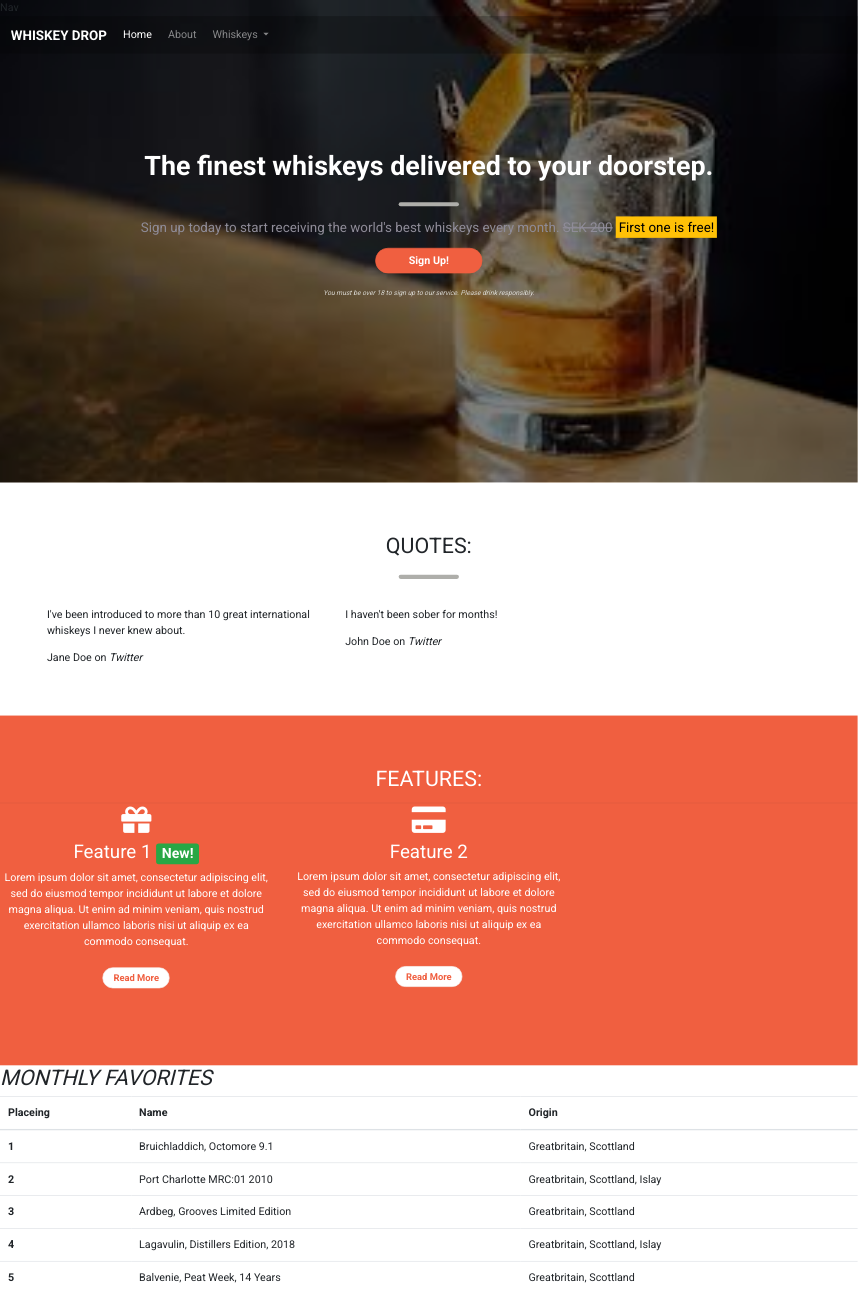
Repository: Jadehammar/Whiskey-drop
Page: index.html
The author's editor kept a record of every edit. The page is drawn from the files as they stood at one moment, then again after the next edit.
The browser window is 1280 px wide. The page is 1295 px wide, then 1280 px, so the pictures cover 1295 px, including what lies to the right of the window. The pictures show the whole page, at 67% of full size.
Backgrounds fixed to the window are drawn as part of the page. Some web libraries are served in a nearby version.

Above is the page before.

### index.html
<!DOCTYPE html>
<html lang="en-us">

<head>
    <meta charset="utf-8">
    <meta name="viewport" content="width=device-width, initial-scale=1.0">
    <title>Whiskey Drop | Taste a new whiskey every month</title>
    <link rel="stylesheet" href="https://maxcdn.bootstrapcdn.com/bootstrap/4.1.3/css/bootstrap.min.css">
    <link rel="stylesheet" href="https://use.fontawesome.com/releases/v5.6.1/css/all.css" integrity="sha384-gfdkjb5BdAXd+lj+gudLWI+BXq4IuLW5IT+brZEZsLFm++aCMlF1V92rMkPaX4PP" crossorigin="anonymous">
    <link href="https://fonts.googleapis.com/css?family=Roboto:400,700" rel="stylesheet">
    <link rel="stylesheet" href="css/style.css" type="text/css" />
</head>

<body>
    <div class="container-fluid navalert-container">
        <div class="container-fluid alert-container">
            <div class="row d-none d-sm-">
                <div class="col-12">
                    <div class="site-wide-alert alert-warning">
                        <strong>Sale Now On!</strong> We've got a sale on. Get a 12 month subscription for the price of 6! <a href="">See here for more details</a>
                    </div>
                </div>
            </div>
        </div>
        Nav
        <nav class="navbar navbar-dark navbar-expand-sm">
            <a href="/" class="navbar-brand">
                    Whiskey Drop</a>

            <button class="navbar-toggler ml-auto" type="button" data-toggle="collapse" data-target="#navbarNavDropdown" aria-controls="navbarNavDropdown" aria-expanded="false" aria-label="Toggle navigation">
        <span class="navbar-toggler-icon"></span></button>

            <div class="collapse navbar-collapse" id="navbarNavDropdown">
                <ul class="navbar-nav mr-auto">
                    <li class="active nav-item mr-2"><a class="nav-link" href="/">Home</a></li>
                    <li class="nav-item mr-2"><a class="nav-link" href="">About</a></li>
                    <li class="nav-item dropdown">
                        <a class="nav-link dropdown-toggle" href="#" id="navbarDropdownMenuLink" role="button" data-toggle="dropdown" aria-haspopup="true" aria-expanded="false">
          Whiskeys
        </a>
                        <div class="dropdown-menu" aria-labelledby="navbarDropdownMenuLink">
                            <a class="dropdown-item" href="#">Irish</a>
                            <a class="dropdown-item" href="#">Scotch</a>
                            <a class="dropdown-item" href="#">Japanese</a>
                            <a class="dropdown-item" href="#">American</a>
                        </div>
                    </li>

                    <li class="nav-item mr-2 d- d-sm-none"><a class="nav-link" href="">Sign In / Sign Up</a></li>
                </ul>
            </div>
            <div class="d-none d-md-">
                <p class="navbar-text my-auto mr-2"><i>Great whiskey delivered to your door</i></p>
                <a href="/login" class="btn btn--cta btn--red">Sign In / Sign Up</a>
            </div>
        </nav>
    </div>
    <div class="container-fluid callout-container">
        <!-- Callout -->
        <div class="opaque-overlay">&nbsp;</div>
        <div class="row">
            <div class="col-12">
                <section class="callout jumbotron text-center">
                    <h1 class="jumbotron-header">The finest whiskeys delivered to your doorstep.</h1>
                    <hr class="block-divider block-divider--orange block-divider--short">
                    <p class="lead">Sign up today to start receiving the world's best whiskeys every month.
                        <s class="d-none d-sm-inline">SEK 200</s>
                        <span class="d-inline d-sm-none"><br></span>
                        <span class="block-devider-yellow">
                        <strong><mark>First one is free!</mark></strong></p>
                        </span>
                        <p><button class="btn btn--cta btn--red" data-toggle="modal" data-target="#signUpModal">Sign Up!</button ></p>
                    <p class="text-muted"><small>You must be over 18 to sign up to our service. Please drink responsibly.</small></p>
                </section>
            </div>
        </div>
    </div>
    <!-- /.callout -->

    <!-- Quotes -->
    <div class="container-wrapper">
    <div class="container quotes-container content-container">
        <section class="quotes">
            <div class="row">
                <div class="col-12 page-header">
                    <h2 class="text-uppercase">Quotes:</h2>
                    <hr class="block-divider block-divider--short"
                </div>
            </div>
            <div class="row">
                <div class="col-12 col-md-6">
                    <div class="media">
                        <div class="d-none d-sm-">
                            <img src="images/girl-image.png" class="rounded-circle mr-3" height=100 width=100>
                        </div>
                        <div class="media-body">
                            <quote class="quote">
                                <p>I've been introduced to more than 10 great international whiskeys I never knew about.</p>
                                <footer class="quote-footer">Jane Doe on <cite title="Twitter">Twitter</cite></footer>
                            </quote>
                        </div>
                    </div>
                </div>
                <div class="col-12 col-md-6">
                    <div class="media">
                        <div class="d-none d-sm-">
                            <img src="images/guy-image.png" class="rounded-circle mr-3" height=100 width=100>
                        </div>
                        <div class="media-body">
                            <quote class="quote">
                                <p>I haven't been sober for months!</p>
                                <footer class="quote-footer">John Doe on <cite title="Twitter">Twitter</cite></footer>
                            </quote>
                        </div>
                    </div>
                </div>
            </div>
        </section>
    </div>
    </div>
    <!-- /.quotes -->

    <!-- Features -->
    <div class="container-wrapper container-wrapper--red">
    <div class="features-container content-container">
        <section class="features">
            <div class="row">
                <div class="col-12 page-header">
                    <h2 class="text-uppercase">Features:</h2>
                    <hr class="block-devider block-devider--short block-devider--white">
                </div>
            </div>
            <div class="row">
                <div class="col-12 col-md-6 col-lg-4">
                    <div class="feature">
                        <h3><i class="fas fa-gift d-none d-sm-block"></i> Feature 1 <span class="badge badge-success">New!</span></h3>
                        <p>Lorem ipsum dolor sit amet, consectetur adipiscing elit, sed do eiusmod tempor incididunt ut labore et dolore magna aliqua. Ut enim ad minim veniam, quis nostrud exercitation ullamco laboris nisi ut aliquip ex ea commodo consequat.</p>
                        <p><a class="btn btn-sm btn-light" href="">Read More</a></p>
                    </div>
                </div>
                <div class="col-12 col-md-6 col-lg-4">
                    <div class="feature">
                        <h3><i class="fas fa-credit-card d-none d-sm-block"></i> Feature 2</h3>
                        <p>Lorem ipsum dolor sit amet, consectetur adipiscing elit, sed do eiusmod tempor incididunt ut labore et dolore magna aliqua. Ut enim ad minim veniam, quis nostrud exercitation ullamco laboris nisi ut aliquip ex ea commodo consequat.</p>
                        <p><a class="btn btn-sm btn-light" href="">Read More</a></p>
                    </div>
                </div>
                <div class="col-12 d-md-none d-lg- col-lg-4">
                    <div class="feature">
                        <h3><i class="fas fa-times-circle d-none d-sm-block"></i> Feature 3</h3>
                        <p>Lorem ipsum dolor sit amet, consectetur adipiscing elit, sed do eiusmod tempor incididunt ut labore et dolore magna aliqua. Ut enim ad minim veniam, quis nostrud exercitation ullamco laboris nisi ut aliquip ex ea commodo consequat.</p>
                        <p><a class="btn btn-sm btn-light" href="">Read More</a></p>
                    </div>
                </div>
            </div>
        </section>
        </div>
    </div>
    <!-- /.features -->

    <div class="modal" tabindex="-1" role="dialog" id="signUpModal">
        <div class="modal-dialog" role="document">
            <div class="modal-content">
                <div class="modal-header">
                    <h5 class="modal-title">Sign Up To Whiskey Drop!</h5>
                    <button type="button" class="close" data-dismiss="modal" aria-label="Close">
          <span aria-hidden="true">&times;</span>
        </button>
            </div>
            <div class="modal-body">
                <form>
                    <div class="form-group">
                        <label for="exampleInputEmail1">Email address</label>
                        <input type="email" class="form-control" id="exampleInputEmail1" aria-describedby="emailHelp" placeholder="Enter email">
                        <small id="emailHelp" class="form-text text-muted">We'll never share your email with anyone else.</small>
                    </div>
                    <div class="form-group">
                        <label for="password">Password</label>
                        <input type="password" class="form-control" id="password" placeholder="Password">
                    </div>
                    <div class="form-group">
                        <label for="repeatPassword">Repeat Password</label>
                        <input type="password" class="form-control" id="repeatPassword" placeholder="Repeat Password">
                    </div>
                    <button type="submit" class="btn btn-success">Submit</button>
                </form>
            </div>
        </div>
    </div>
    </div>

    <!--table-->
    <section class="Favorites">
        <h2 class="text-uppercase font-italic">Monthly favorites</h2>
        <div class="Favorites">
            <table class="table table-hover">
                <thead>
                    <tr>
                        <th scope="col">Placeing</th>
                        <th scope="col">Name</th>
                        <th scope="col">Origin</th>
                    </tr>
                </thead>
                <tbody>
                    <tr>
                        <th scope="row">1</th>
                        <td>Bruichladdich, Octomore 9.1</td>
                        <td>Greatbritain, Scottland</td>
                    </tr>
                    <tr>
                        <th scope="row">2</th>
                        <td>Port Charlotte MRC:01 2010 </td>
                        <td>Greatbritain, Scottland, Islay</td>
                    </tr>
                    <tr>
                        <th scope="row">3</th>
                        <td>Ardbeg, Grooves Limited Edition</td>
                        <td>Greatbritain, Scottland</td>
                    </tr>
                    <tr>
                        <th scope="row">4</th>
                        <td>Lagavulin, Distillers Edition, 2018</td>
                        <td>Greatbritain, Scottland, Islay</td>
                    </tr>
                    <tr>
                        <th scope="row">5</th>
                        <td>Balvenie, Peat Week, 14 Years</td>
                        <td>Greatbritain, Scottland</td>
                    </tr>
                </tbody>
            </table>
        </div>
    </section>
    <!--table/.-->
    </div>

    <!--Modal-->

    <div class="modal" tabindex="-1" role="dialog" id="SignUpModal">
        <div class="modal-dialog" role="document">
            <div class="modal-content">
                <div class="modal-header">
                    <h5 class="modal-title">Sign Up to Whiskey drop!</h5>
                    <button type="button" class="close" data-dismiss="modal" aria-label="Close">
          <span aria-hidden="true">&times;</span>
        </button>
                </div>
                <div class="modal-body">
                    <form>
                        <div class="form-group">
                            <label for="exampleInputEmail1">Email address</label>
                            <input type="email" class="form-control" id="exampleInputEmail1" aria-describedby="emailHelp" placeholder="Enter email">
                            <small id="emailHelp" class="form-text text-muted">We'll never share your email with anyone else. Only sell it.</small>
                        </div>
                        <div class="form-group">
                            <label for="Password">Password</label>
                            <input type="password" class="form-control" id="Password" placeholder="Password">
                        </div>
                        <div class="form-group">
                            <label for="RepeatPassword">Repeat Password</label>
                            <input type="password" class="form-control" id="RepeatPassword" placeholder="Repeat Password">
                        </div>
                        <button type="submit" class="btn btn-success">Submit</button>
                    </form>
                </div>
            </div>
        </div>
    </div>
    <script src="https://code.jquery.com/jquery-3.3.1.slim.min.js" integrity="sha384-q8i/X+965DzO0rT7abK41JStQIAqVgRVzpbzo5smXKp4YfRvH+8abtTE1Pi6jizo" crossorigin="anonymous"></script>
    <script src="https://cdnjs.cloudflare.com/ajax/libs/popper.js/1.14.7/umd/popper.min.js" integrity="sha384-UO2eT0CpHqdSJQ6hJty5KVphtPhzWj9WO1clHTMGa3JDZwrnQq4sF86dIHNDz0W1" crossorigin="anonymous"></script>
    <script src="https://stackpath.bootstrapcdn.com/bootstrap/4.3.1/js/bootstrap.min.js" integrity="sha384-JjSmVgyd0p3pXB1rRibZUAYoIIy6OrQ6VrjIEaFf/nJGzIxFDsf4x0xIM+B07jRM" crossorigin="anonymous"></script>
</body>

</html>

### css/style.css
body {
    font-family: 'Roboto', sans-serif;
}

.container-wrapper {

}

.container-wrapper--red {
    background-color: #f05f40;
    color: white;
}

.mark,
mark {
    padding: .2em;
    background-color: #ffc107;
}

.alert-container .col-12 {
    padding-left: 0;
    padding-right: 0;
}

.site-wide-alert {
    border-radius: 0;
    padding: 5px 15px;
    color: #856404;
    background-color: #ffc107;
    border-color: #ffc107;
}

.callout-container {
    height: 100vh;
    background: url("../images/whiskey.jpg") no-repeat bottom right fixed;
    -webkit-background-size: cover;
    -moz-background-size: cover;
    -o-background-size: cover;
    background-size: cover;

    display: flex;
    align-items: center;
    justify-content: center;

    position: relative;
}

.quotes-container {}

.features-container {}

.opaque-overlay {
    position: absolute;
    top: 0;
    left: 0;
    height: 100%;
    width: 100%;
    background-color: rgba(0, 0, 0, 0.5);
}

/*Block-dividers*/

.block-divider {
    width: 75px;
    height: 6px;
    border: 0;
}

.block-divider--yellow {
    background-color: #f1ce19
}

.block-divider--orange {
    background-color: #f05f40;
}

.block-divider--short {
    height: 6px;
    border: 0px;
    margin-top: 25px;
    border-radius: 20px;
    width: 90px;
    background-color: #aeaeaa;
}

.block-divider--white {
    background-color: white;
    margin-top: 25px;
    border-radius: 20px;
    width: 90px;
    margin-bottom: 40px;
}

/*Content containers*/

.content-container {
    padding-bottom: 75px;
    padding-top: 75px;
}


/*jumbotron*/

.jumbotron {
    background-color: transparent;
}

.jumbotron small {
    font-size: 10px;
    font-style: italic;
    color: #dad9d3;
}

.jumbotron .lead {
    color: #8f8c98;

}

.jumbotron-header {
    color: white;
    font-weight: bold;
    margin-bottom: 30px;
}

/*navbar*/

.navalert-container {
    position: absolute;
    top: 0;
    left: 0;
    padding-left: 0;
    padding-right: 0;
    z-index: 1;
}

.navbar {
    margin-bottom: 0;
    border: 0;
    background-color: rgba(0, 0, 0, 0.25)
}

.navbar .navbar-toggler {
    border: 0;
}

.navbar-brand {
    text-transform: uppercase;
    font-weight: bold;
}

.navbar navbar-nav a {
    font-weight: bold;

}

/*Buttons*/

.btn--cta {
    font-weight: bold;
    border-radius: 23px;
    width: 160px;
}

.btn--red {
    color: white;
    background-color: #f05f40;
    border-color: #f05f40;
}

.btn-warning {
    color: #212529;
    background-color: #ffc107;
    border-color: #ffc107;
}

.btn-primary.fn:hover {
    margin-left: 0px;
    background-color: green;
    transition: color .5s ease,background-color .5s ease-out;
    transition: border .5s ease, background-color .5s ease-out;
    text-transform: none;
    border: 1px;
    color: #ffffff;
}

/*page-headers*/

.page-header {
    margin-bottom: 0;
    border-bottom: 0;
    text-align: center;
}

.page-header h2 {
    margin-top: 0;
}

.quotes .page-header {
    margin-bottom: 25px;
}

.feature {
    text-align: center;
    margin-bottom: 40px;
}

.feature i {
    margin-bottom: 20px;
    font-size: 45px;
    line-height: 20px;
}

.feature .btn {
    background-color: white;
    border-radius: 15px;
    min-width: 100px;
    font-weight: bold;
    margin-top: 10px;
    color: #f05f40;
}

After the next edit:
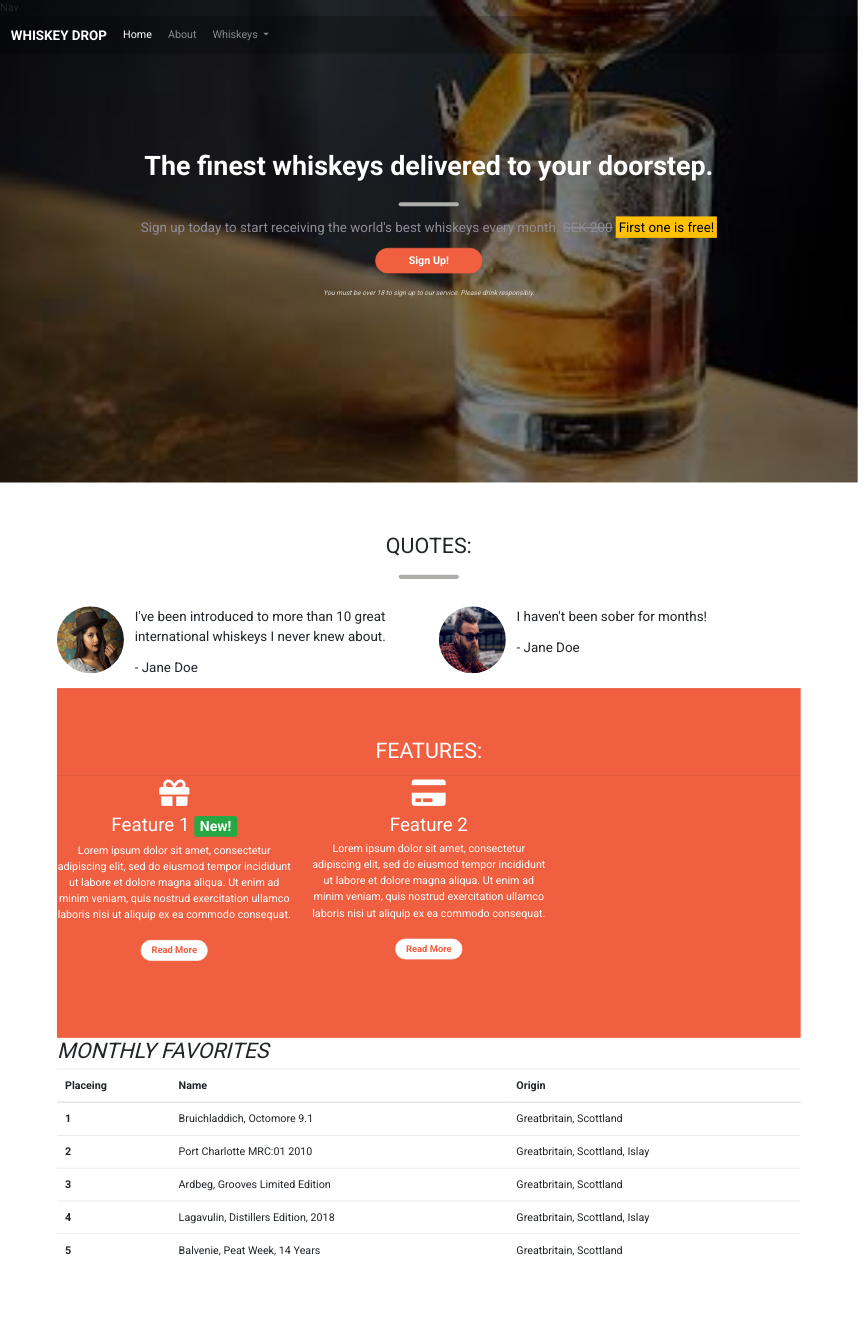
The edit:
--- a/index.html
+++ b/index.html
@@ -79,45 +79,43 @@
 
     <!-- Quotes -->
     <div class="container-wrapper">
-    <div class="container quotes-container content-container">
-        <section class="quotes">
-            <div class="row">
-                <div class="col-12 page-header">
-                    <h2 class="text-uppercase">Quotes:</h2>
-                    <hr class="block-divider block-divider--short"
-                </div>
-            </div>
-            <div class="row">
-                <div class="col-12 col-md-6">
-                    <div class="media">
-                        <div class="d-none d-sm-">
-                            <img src="images/girl-image.png" class="rounded-circle mr-3" height=100 width=100>
-                        </div>
-                        <div class="media-body">
-                            <quote class="quote">
-                                <p>I've been introduced to more than 10 great international whiskeys I never knew about.</p>
-                                <footer class="quote-footer">Jane Doe on <cite title="Twitter">Twitter</cite></footer>
-                            </quote>
-                        </div>
-                    </div>
-                </div>
-                <div class="col-12 col-md-6">
-                    <div class="media">
-                        <div class="d-none d-sm-">
-                            <img src="images/guy-image.png" class="rounded-circle mr-3" height=100 width=100>
-                        </div>
-                        <div class="media-body">
-                            <quote class="quote">
-                                <p>I haven't been sober for months!</p>
-                                <footer class="quote-footer">John Doe on <cite title="Twitter">Twitter</cite></footer>
-                            </quote>
-                        </div>
-                    </div>
-                </div>
-            </div>
-        </section>
-    </div>
-    </div>
+        <div class="container quotes-container content-container">
+            <section class="quotes">
+                <div class="row">
+                    <div class="col-12 page-header">
+                        <h2 class="text-uppercase">Quotes:</h2>
+                        <hr class="block-divider block-divider--short">
+                    </div>
+                </div>
+                <div class="row">
+                    <div class="col-12 col-md-6">
+                        <div class="media">
+                            <div class="d-none d-sm-block">
+                                <img src="images/girl-image.png" class="rounded-circle mr-3" height=100 width=100>
+                            </div>
+                            <div class="media-body">
+                                <blockquote class="blockquote">
+                                    <p>I've been introduced to more than 10 great international whiskeys I never knew about.</p>
+                                    <p>- Jane Doe</p>
+                                </blockquote>
+                            </div>
+                        </div>
+                    </div>
+                    <div class="col-12 col-md-6">
+                        <div class="media">
+                            <div class="d-none d-sm-block">
+                                <img src="images/guy-image.png" class="rounded-circle mr-3" height=100 width=100>
+                            </div>
+                            <div class="media-body">
+                                <blockquote class="blockquote">
+                                    <p>I haven't been sober for months!</p>
+                                    <p>- Jane Doe</p>
+                                </blockquote>
+                            </div>
+                        </div>
+                    </div>
+                </div>
+            </section>
     <!-- /.quotes -->
 
     <!-- Features -->
